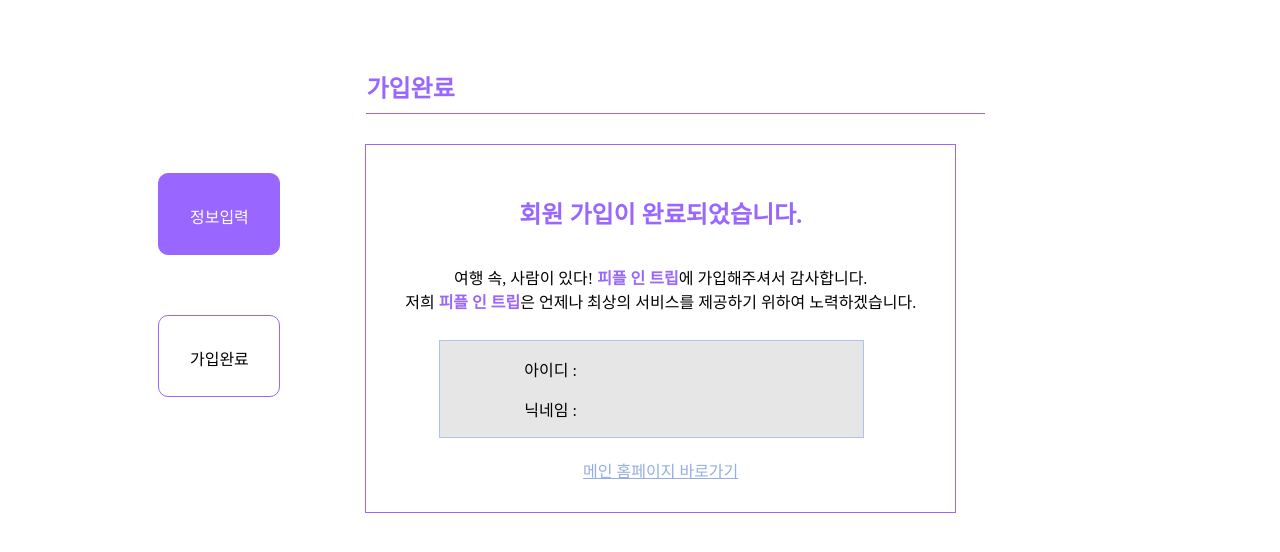
Repository: kimjinmin4535/ezen_loginteam
Page: http://localhost/Ezen_Project/signup/signupcomplete.jsp
These files come from the project's save history. The page is drawn as it stood at one moment and after the next save; the edit follows.
The browser window is 1280 px wide. The pictures show the whole page.
The page is served by Tomcat 9.

Above is the page before, as saved 2022-07-05 15:52:14.

After the next save:
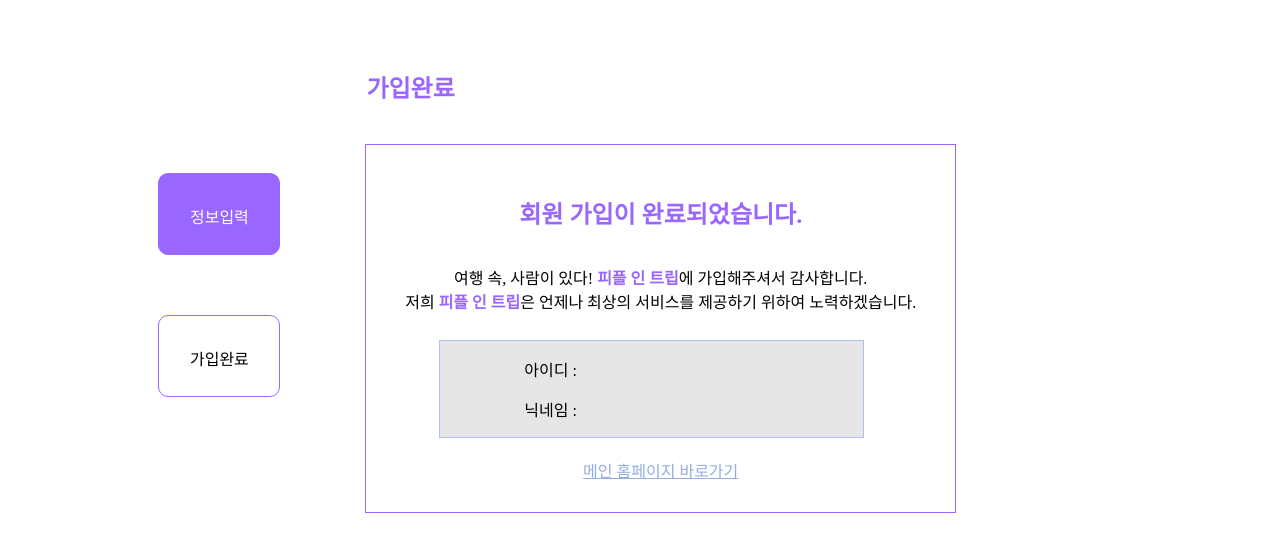
Saved 13 s later.
--- a/Ezen_Project/src/main/webapp/resources/css/signup/signup.css
+++ b/Ezen_Project/src/main/webapp/resources/css/signup/signup.css
@@ -52,7 +52,7 @@
   	content: "";
  	display: block;
   	width: 700%;
-  	border-bottom: 1.5px solid #9966ff;
+  	border-bottom: 2x solid #9966ff;
   	margin: 10% 0px;
 }
 
